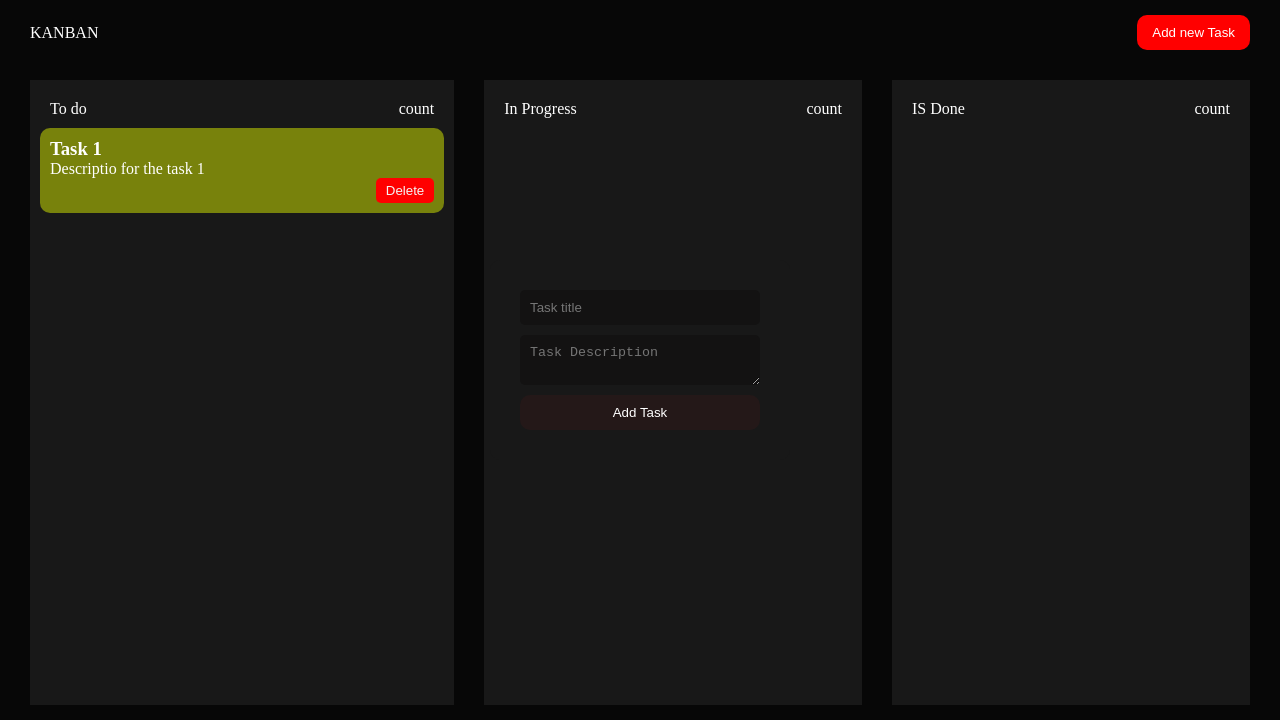
Repository: Sandeepji-5/Kanban-board
Page: index.html
The author's editor kept a copy of each file at every save. The page is drawn from the files as they stood at one save, then again after the next save.
The browser window is 1280 px wide. The pictures show the whole page.

Above is the page before, as saved 2025-12-09 15:16:33.

### index.html
<!DOCTYPE html>
<html lang="en">
<head>
    <meta charset="UTF-8">
    <meta name="viewport" content="width=device-width, initial-scale=1.0">
    <title>Document</title>
    <link rel="stylesheet" href="style.css">
</head>
<body>
    <main>
        <nav>
            <div class="left">KANBAN</div>
            <div class="right"><button id="toggle-modal">Add new Task</button></div>
        </nav>
        <section class="board">
            <div   id="todo" class="task-column">
                <div class="heading">
                    <div class="left">To do </div>
                      <div class="right">count</div>
                </div>
                <div draggable="true" class="task">
                    <h3>Task 1</h3>
                    <p>Descriptio for the task 1 </p>
                    <button>Delete</button>
                </div>
            </div>
            <div id="progress" class="task-column">
                <div class="heading">
                    <div class="left">In Progress</div>
                    <div class="right">count</div>
                </div>

            </div>
            <div  id="done"   class="task-column">
                <div class="heading">
                    <div class="left">IS Done </div>
                    <div class="right"> count</div>
                </div>

            </div>
        </section>


    </main>

    <div class="modal add-new-task">
        <div class="bg">


        <div class="center">
        <input type="text" placeholder="Task title"/>
        <textarea placeholder="Task Description"></textarea>
        <button id="add-new-task" class="add-task-btn"> Add Task</button>
        </div>
        </div>
    </div>



    <script src="kanban.js"></script>
</body>
</html>

### style.css
* {
    margin: 0;
    padding: 0;

    box-sizing: border-box;
}

html,
body {
    width: 100%;
    height: 100%;

}

:root {
    --bg-color: #0000000;
    --bg-button-color: rgb(24, 24, 24);
    --primary-text-color: #f4f4f4;
    --bg-task-color:rgb(19, 18, 18);
    --bg-delete-color:red;



    /* padding 1 rem 2 rem */
    --nav-padding: 15px 30px;
    --section-padding: 15px 30px;
    --padding-s: 5px;
    --padding-m: 10px;
    --padding-l: 15px;
    --padding-xl: 20px;
    --padding-xxl: 30px;


    /* border radius variable  */



    --border-radius-s:5px;
    --border-radius-m:10px;
    --border-radius-l:15px;
    --border-radius-xl:20px;
    --border-radius-xxl:30px;


}

body {
    background-color: rgb(7, 7, 7);
    color: white;
}
main{
    display: flex;
    height: 100%;
    width: 100%;
    flex-direction: column;


}

nav{
    padding: var(--nav-padding);
    display: flex;
    align-items: center;
    justify-content: space-between;

}
nav button{
    background-color: red;
    color: white;
    border: none;
    outline: none;
    padding: var(  --padding-m) var(  --padding-l);
    cursor: pointer;
    border-radius:var(--border-radius-m) ;

}


section{
    padding:var(--section-padding);
    /* height: 100%; */
    display: flex;
    flex-grow: 1;
    justify-content: space-between;

    gap: var(--padding-xxl);

}
section .task-column{
    padding: var(--padding-m);
    background-color: var(--bg-button-color);
    flex-grow: 1  ;
    padding: var(--padding-m)  ;
    display: flex;
    flex-direction: column;
    transition: all 0.7s cubic-bezier(0.19, 1, 0.22, 1);




}
section .task-column.hover-over {
     border: 2px dashed rgb(247, 246, 246);
    transform: scale(1.05);
}
section .task-column .heading{
    display: flex;
    justify-content: space-between ;
    padding: var(--padding-m);
}


section .task-column  .task{

    display: flex;
    flex-direction: column;
    padding: var(--padding-m);
    border-radius: var(--border-radius-m);
    /* background-color: var(--bg-task-color); */
     background-color:rgba(150, 163, 8, 0.763);


}

section .task-column .task button{
    align-self: flex-end;
    cursor: pointer;
    padding: var(--padding-s) var(--padding-m);
    border-radius: var(--border-radius-s);
    border: none;
    outline: none;
    background-color: var(--bg-delete-color);
    color: var(--primary-text-color)  ;
}

.modal{

    position: fixed;
    top: 0;
    left: 0;
    height: 100vh;
    width: 100vw;
    display: flex;
    align-items: center;
    justify-content: center;







}
.modal .bg{
    position: absolute;

}

.modal .center{
    background-color: var(--bg-button-color);
    padding: var(--padding-xxl);
    border-radius: var(--border-radius-m);
    display: flex;
    flex-direction: column;
    gap: var(--padding-m);
    min-width: 300px;

}

.modal .center input,.modal .center textarea, .modal .center select {
    background-color: var(--bg-task-color);
    padding: var(--padding-m);
    border-radius: var(--border-radius-s);
    border: none;
    outline: none;
    color: var(--primary-text-color);

}

.modal .center button{
    background-color: rgb(36, 24, 24);
    color: white;
    border: none;
    outline: none;
    padding: var(  --padding-m) var(  --padding-l);
    cursor: pointer;
    border-radius:var(--border-radius-m) ;

}

### kanban.js
const todo = document.querySelector('#todo');
const progress = document.querySelector('#progress')
const done = document.querySelector('#done');
const tasks = document.querySelectorAll('.task');
let draggedElement = null;

tasks.forEach(task => {
    task.addEventListener("drag", () => {

        draggedElement = task;
    })
})

// progress.addEventListener('dragenter',(e)=>{
//     progress.classList.add('hover-over');
// })


// progress.addEventListener('dragleave', (e)=>{
//     progress.classList.remove('hover-over');
// })


function addDragEventsOnColumn(column) {

    column.addEventListener('dragenter', (e) => {
        e.preventDefault();
        column.classList.add('hover-over');
    });

    column.addEventListener('dragleave', (e) => {
        e.preventDefault();
        column.classList.remove('hover-over');
    })

    column.addEventListener("dragover", (e) => {
        e.preventDefault();
    })

    column.addEventListener('drop', (e) => {

        column.appendChild(draggedElement)
        console.log("draggedElement", draggedElement, column);
        column.classList.remove('hover-over')
         e.preventDefault();
    })

}

addDragEventsOnColumn(todo);
addDragEventsOnColumn(progress)
addDragEventsOnColumn(done)






// const toggleModal = document.querySelector('#toggle-modal');
// const modal = document.querySelector('.modal')
// const addTaskbtn = document.querySelector('.add-task-btn')



// toggleModal.addEventListener('click',()=>{
// modal.classList.add('active');
// })

// addTaskbtn.addEventListener('click', ()=>{
//     modal.classList.remove('active');
// })

After the next save:
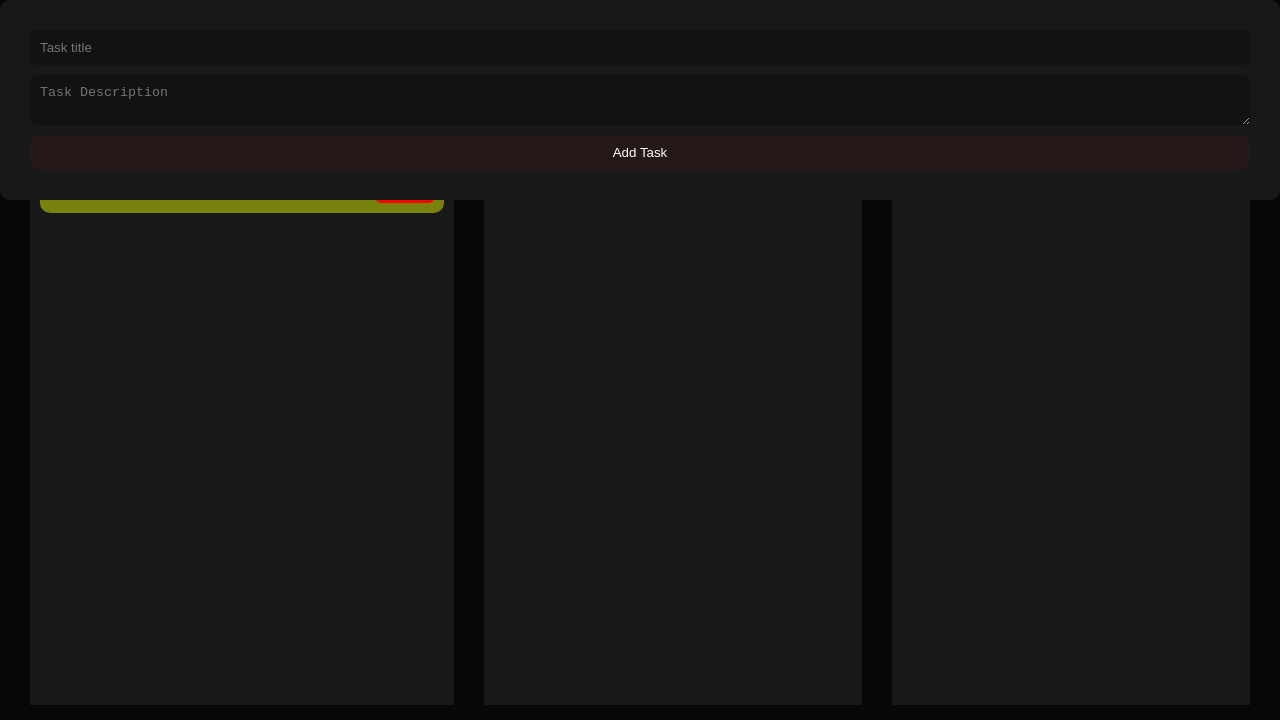
Saved 12 s later.
--- a/style.css
+++ b/style.css
@@ -153,6 +153,8 @@ section .task-column .task button{
 }
 .modal .bg{
     position: absolute;
+    height: 100%;
+    width: 100%;
 
 }
 
